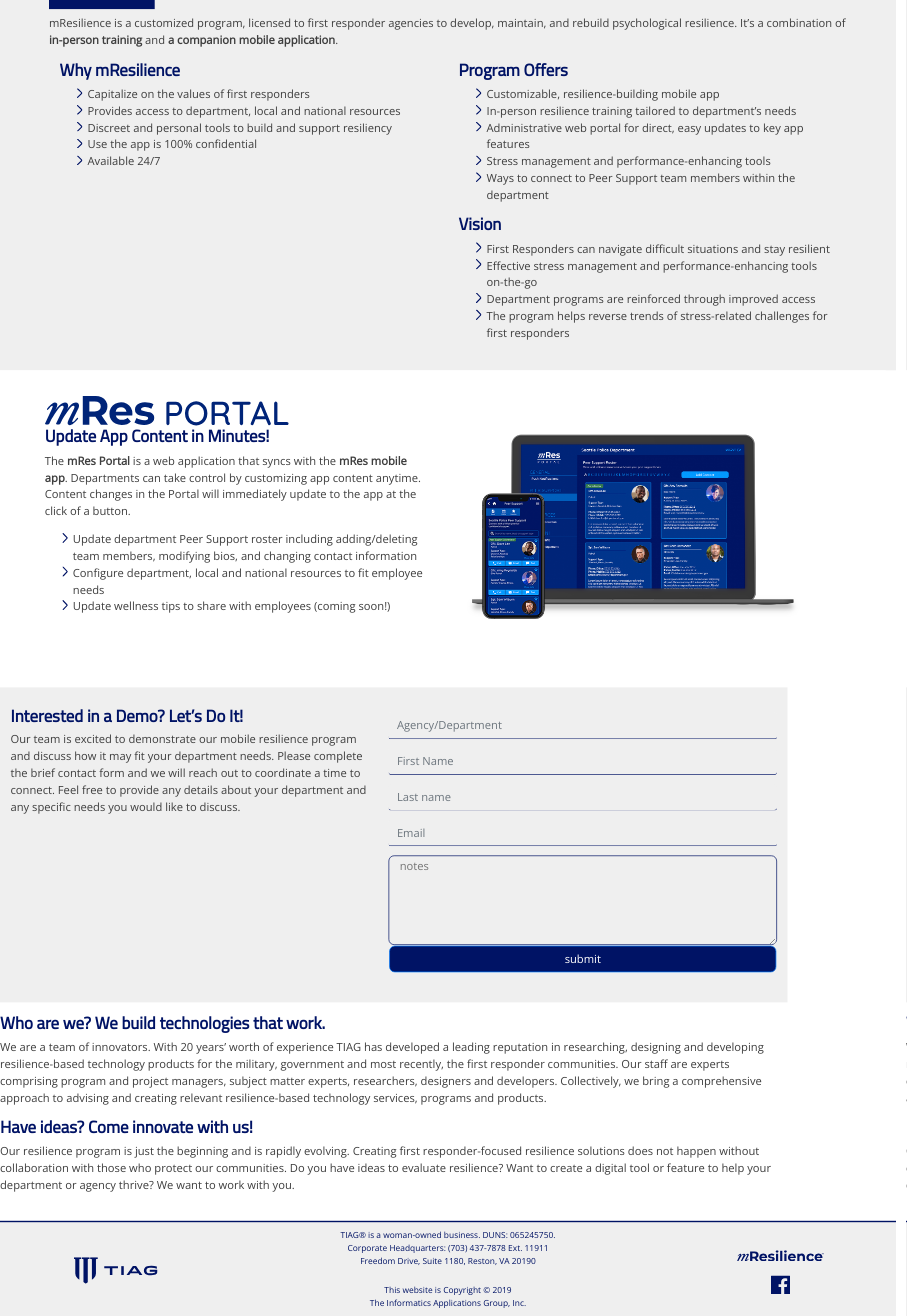
Repository: shenjune/mResilienceWebsite
Page: index.html
An editor plug-in stored every save of this project. The page is shown before and after the next save, followed by the edit.
The browser window is 1280 px wide. The page is 1295 px wide, so the pictures cover 1295 px, including what lies to the right of the window. The pictures show the part of the page from y = 1300 to 3180 px (the page is 3180 px tall before and 3165 px after), at 70% of full size.
Some web libraries are served in a nearby version.

Above is the page before, as saved 2019-11-09 13:09:06.

### index.html
<!doctype html>
<html lang="en">
<head>
	<title>TIAG mResilience</title>
	<!-- Required meta tags -->
	<meta charset="utf-8">
	<meta name="viewport" content="width=device-width, initial-scale=1, shrink-to-fit=no">

	<!-- NOTE: moved reset to before all other stylesheets -->
	<link rel="reset" href="./Assets/reset.css">

	<!-- Google Fonts -->
	<link href="https://fonts.googleapis.com/css?family=Titillium+Web&display=swap" rel="stylesheet">
	<link href="https://fonts.googleapis.com/css?family=Open+Sans&display=swap" rel="stylesheet">

	<!-- Bootstrap CSS -->
	<link rel="stylesheet" href="https://stackpath.bootstrapcdn.com/bootstrap/4.3.1/css/bootstrap.min.css" integrity="sha384-ggOyR0iXCbMQv3Xipma34MD+dH/1fQ784/j6cY/iJTQUOhcWr7x9JvoRxT2MZw1T" crossorigin="anonymous">

	<!-- Font Awesome CSS Icons (For cool glyphicons) -->
	<link rel="stylesheet" href="https://maxcdn.bootstrapcdn.com/font-awesome/4.5.0/css/font-awesome.min.css" />

	<!-- CSS Stylesheet -->
	<!-- NOTE: removed `media="screen"` attribute below since there's only one custom stylesheet -->
	<link rel="stylesheet" href="style.css"/>

</head>

<body>

<!-- 01 Nav -->
	<nav class="navbar navbar-expand-lg nav-bg-color navbar-light" id="nav">
		<a class="navbar-brand" href="#">
			<img src="Assets/Images/mResFullLogo1.svg" alt="mResilience Logo" class="img-fluid">
		</a>
		<button class="navbar-toggler" type="button" data-toggle="collapse" data-target="#navbarSupportedContent" aria-controls="navbarSupportedContent" aria-expanded="false" aria-label="Toggle navigation">
			<span class="navbar-toggler-icon"></span>
		</button>

		<!--Start of NavBar links-->
		<div class="collapse navbar-collapse titillium-font" id="navbarSupportedContent">
			<ul class="navbar-nav ml-auto">
			<!--NavBar Main Link-->
				<li class="nav-item">
					<a class="nav-link" href="#main"><h5 class= "secondFont">Main</h5><span class="sr-only">(current)</span></a>
				</li>
				<!--NavBar Why Link-->
				<li class="nav-item">
					<a class="nav-link" href="#why"><h5 class= "secondFont">The Why</h5></a>
				</li>
				<!--NavBar Features Link-->
				<li class="nav-item">
					<a class="nav-link" href="#portal-div"><h5 class= "secondFont">Features</h5></a>
				</li>
				<!--NavBar Contact Link-->
				<li class="nav-item">
					<a class="nav-link" href="#back-form"><h5 class= "secondFont">Contact</h5></a>
				</li>
				<!--NavBar About Link-->
				<li class="nav-item">
					<a class="nav-link" href="#about"><h5 class= "secondFont">About</h5></a>
				</li>
				<!--NavBar Facebook Link-->
				<li class="nav-item" id="nav-fb">
					<a href="https://www.facebook.com/mresilience/"  target= "_blank" class="nav-link"><img src="Assets/Images/Facebook.svg" alt="facebook logo"></a>
				</li>
				<!--NavBar TIAG Link to www.tiag.net-->
				<li class="nav-item" id="nav-tiag">
					<a href="http://tiag.net" target="_blank" class="nav-link"><img src="Assets/Images/TIAGlogo.svg" height="25Spx" alt="TIAG logo"></a>
				</li>
			</ul>
		</div>
	</nav>

	<!-- 02 Main -->
	<div class="row" id="main">
		<div class="col-lg-7 ml-auto col-sm-12">
			<img src="Assets/Images/01MainPhone.png" width="100%">
		</div>
		<div class="align-left col-lg-5 ml-auto ">
			<!-- Beginning header image and opening paragraph -->
			<img src="Assets/Images/mResLogo.svg" alt="mResLogo" class="mobilePadding" id="mResLogo">
			<h4 class="secondFont mobilePadding">
				Mobile App for First Responders
			</h4>
			<p class="lead mobilePadding" id="leadText">A customizable resilience-building app available 24/7 that provides direct access to peer support, department supported resources, and stress management tools.</p>
		</div>

		<div class="col-12" id="mainBottomImage">
			<!-- NOTE: style this image using id or class in the stylesheet -->
			<img src="Assets/Images/02MainFooterImage.png" id="mainBottomImage" alt="image of first responders">
		</div>
	</div>

	<!-- 03 The Why -->
	<div id="why">
		<div class="container">
			<div class="row">
				<div class="col-12">
					<!-- 03A: First Responder Challenges section-->
					<div id= "3A">
						<div class="row" id="challengesHeader">
							<h4 class="invert">First Responder Challenges</h4>
						</div>

						<!-- 03A: First Responder Challenges text -->
						<div class="row" id="challengeStatement">
							<p>First responders put resilience to the test every day. The ability to “bounce back” is critical to do the work of protecting and saving lives. But the challenges of first responder work hit at the core. <strong>Strengthening</strong> and <strongaintaining resilience</strong> are the cornerstone of any prevention program.</p>
						</div>

						<!-- 03A: Bullet Points -->
						<div class="row" id="titles">
							<!-- STRESS SECTION -->
							<div class="col-lg-6 col-sm-12" id="stressSubHeader">
								<h4 class= "secondFont">Effects of Stress & Trauma</h4>
								<!-- STRESS PTS -->
								<div class="row">
								<!-- STRESS BULLET POINTS I-->
									<div class="col-6" >
										<ul class="checkBullets">
											<li>Burnout</li>
											<li>Obesity</li>
											<li>Substance Abuse</li>
											<li>PTSD</li>
											<li>Depression</li>
										</ul>
									</div>
							<!-- STRESS BULLET POINTS PT II-->
									<div class="col-6" >
										<ul class="checkBullets">
											<li>Anxiety</li>
											<li>Domestic Abuse</li>
											<li>Suicide</li>
											<li>Poor cardiac health</li>
											<li>Agitation/Anger</li>
										</ul>
									</div>
								</div>
							</div>

							<!-- DEPARTMENT SECTION -->
							<div class="col-lg-6 col-sm-12" id="challengesSubHeader">
								<h4 class= "secondFont">Department Challenges</h4>
								<div class="row">
								<!-- DEPARTMENT PTS -->
									<div class="col-12" id="challengebullets">
										<ul class= "exPt">
											<li>Impact of stress on productivity, performance and retention</li>
											<li>Cost-effective ways to address the mental challenges of the job</li>
											<li>The stigma against seeking psychological help</li>
										</ul>
									</div>
								</div>
							</div>
						</div>
					</div>
				</div>
			</div>

			<!--03B: The Solution Section-->
			<div id="solutionSection">
				<!-- Solution Title -->
				<div class="row" id="solutionHeader">
					<h4 class="invert">The Solution</h4>
				</div>

				<!-- Solution Statement -->
				<div class="row" id="solutionStatement">
					<p>mResilience is a customized program, licensed to first responder agencies to develop, maintain, and rebuild psychological resilience. It’s a combination of <strong>in-person training</strong> and <strong>a companion mobile application</strong>.</p>
				</div>

				<!-- Solution Bullet Points -->
				<div class="row" id="titles2">
					<div class="col-lg-6 ml-auto col-sm-12" id="whymResSubHeader">
						<h4 class="secondFont">Why mResilience</h4>
						<ul class="arrow" id="whyBullets">
							<li>Capitalize on the values of first responders</li>
							<li>Provides access to department, local and national resources</li>
							<li>Discreet and personal tools to build and support resiliency</li>
							<li>Use the app is 100% confidential</li>
							<li>Available 24/7</li>
						</ul>
					</div>

				<!-- <div id="programOffers"> -->
					<div class="col-lg-6 ml-auto col-sm-12" id="programSubHeader">
						<h4 class="secondFont">Program Offers</h4>
						<ul class="arrow" id="offerBullets">
							<li>Customizable, resilience-building mobile app</li>
							<li>In-person resilience training tailored to department’s needs</li>
							<li>Administrative web portal for direct, easy updates to key app features</li>
							<li>Stress management and performance-enhancing tools</li>
							<li>Ways to connect to Peer Support team members within the department</li>
						</ul>
					</div>
				</div>

				<!-- Vision Bullet Points -->
				<!-- need to add align left to this div -->
				<div class="row">
					<div class="col-lg-6 ml-auto col-sm-12" id="visionSubheader">
						<h4 class="secondFont">Vision</h4>
						<ul class="arrow">
							<li>First Responders can navigate difficult situations and stay resilient</li>
							<li>Effective stress management and performance-enhancing tools on-the-go</li>
							<li>Department programs are reinforced through improved access</li>
							<li>The program helps reverse trends of stress-related challenges for first responders</li>
						</ul>
					</div>
				</div>
			</div>
		</div>
	</div>

	<!-- 04 PORTAL DIV -->
	<div id= "portal-div" class="row">
		<!-- div for the portal text -->
		<div class="col-lg-6 ml-auto col-sm-12">
			<img id="portallogo" src="Assets/Images/portallogo2.svg" alt="mResLogo">
			<h4 class= "secondFont">Update App Content in Minutes!</h4>
			<p>The <strong>mRes Portal</strong> is a web application that syncs with the <strong>mRes mobile app</strong>. Departments can take control by customizing app content anytime. Content changes in the Portal will immediately update to the app at the click of a button.</p>

			<ul class="arrow">
				<li>Update department Peer Support roster including adding/deleting team members, modifying bios, and changing contact information</li>
				<li>Configure department, local and national resources to fit employee needs</li>
				<li>Update wellness tips to share with employees (coming soon!)</li>
			</ul>
		</div>

	<!-- div for the Feature images -->
		<div class="col-lg-6 col-sm-12">
			<img id='portalImg' src="Assets/Images/portal.png" alt="portalImg">
		</div>
	</div>

	<!---- 05 Contact Form ---->
	<div id="back-form" class="container mobilePadding2 row">
		<div class="col-lg-6 col-sm-12">
			<h4 class="secondFont">Interested in a Demo? Let’s Do It!</h4>
			<p>Our team is excited to demonstrate our mobile resilience program and discuss how it may fit your department needs. Please complete the brief contact form and we will reach out to coordinate a time to connect. Feel free to provide any details about your department and any specific needs you would like to discuss.</p>
		</div>

		<form class= "col-lg-6 col-sm-12" id="back-form2">
		<!-- INPUT SECTION -->
			<div class="form-group" >
				<!-- Department input -->
				<div class="row input-row">
					<input type="text" class="form-control input-border" id="user-dept" placeholder="Agency/Department">
				</div>

				<!-- First name input -->
				<div class="row input-row">
					<input type="text" class="form-control input-border" id="user-name" placeholder="First Name">
				</div>

				<!-- Last name input -->
				<div class="row input-row">
					<input type="text" class="form-control input-border" id="user-last-name" placeholder="Last name">
				</div>

				<!-- Email input -->
				<div class="row input-row">
					<input type="email" class="form-control input-border" id="user-email" placeholder="Email">
				</div>

				<!-- Notes input -->
				<div class="row">
					<label for="message"></label>
					<textarea class="col-lg-12" id="message" name="message" required="required" placeholder="notes"></textarea>
				</div>

			<!-- Submit button -->
				<div class="row">
					<button type="submit" class="btn btn-primary" id="send">submit</button>
				</div>
			</div>
		</form>
	</div>

	<!--06 About TIAG goes here-->
	<div id="about" class="container mobilePadding2 row">
		<div id = "whoWeAre" style="margin-top:15px">
			<h4 class="secondFont">
				<strong>Who are we?</strong>  We build technologies that work.
			</h4>
		</div>
		<div id ="whoWeAreP">
			<p>We are a team of innovators. With 20 years’ worth of experience TIAG has developed a leading reputation in researching, designing and developing resilience-based technology products for the military, government and most recently, the first responder communities. Our staff are experts comprising program and project managers, subject matter experts, researchers, designers and developers. Collectively, we bring a comprehensive approach to advising and creating relevant resilience-based technology services, programs and products.</p>
		</div>

		<div id="haveIdeas">
			<h4 class="secondFont">
				<strong>Have ideas?</strong> Come innovate with us!
			</h4>
		</div>

		<div id="haveIdeasP">
			<p>Our resilience program is just the beginning and is rapidly evolving. Creating first responder-focused resilience solutions does not happen without collaboration with those who protect our communities. Do you have ideas to evaluate resilience? Want to create a digital tool or feature to help your department or agency thrive? We want to work with you.</p>
		</div>
		<br>
	</div>

	<!-- FOOTER FOR THE WEBSITE -->
	<footer class="footer">
		<div id= "" class="container">
			<div id= "footer-row" class="row">
			<!-- footer conditions in Javascript will reference this div -->
			</div>
		</div>
	</footer>

	<!-- Optional JavaScript -->
	<!-- jQuery first, then Popper.js, then Bootstrap JS -->
	<script src="https://code.jquery.com/jquery-3.1.1.min.js"></script>
	<script src="https://cdnjs.cloudflare.com/ajax/libs/twitter-bootstrap/4.0.0/js/bootstrap.bundle.min.js"></script>

	<!-- commented out to make nytimes api work -->
	<!-- <script src="https://code.jquery.com/jquery-3.3.1.slim.min.js" integrity="sha384-q8i/X+965DzO0rT7abK41JStQIAqVgRVzpbzo5smXKp4YfRvH+8abtTE1Pi6jizo" crossorigin="anonymous"></script> -->
	<script src="https://cdnjs.cloudflare.com/ajax/libs/popper.js/1.14.7/umd/popper.min.js" integrity="sha384-UO2eT0CpHqdSJQ6hJty5KVphtPhzWj9WO1clHTMGa3JDZwrnQq4sF86dIHNDz0W1" crossorigin="anonymous"></script>
	<script src="https://stackpath.bootstrapcdn.com/bootstrap/4.3.1/js/bootstrap.min.js" integrity="sha384-JjSmVgyd0p3pXB1rRibZUAYoIIy6OrQ6VrjIEaFf/nJGzIxFDsf4x0xIM+B07jRM" crossorigin="anonymous"></script>

	<!-- script link to send email from contact form to tiag -->
	<script src="https://smtpjs.com/v3/smtp.js"></script>
	<script src="script.js"></script>

</body>
</html>

### style.css
/* BODY */

body {
    /*  APPLIES OPEN SANS WITH GREY COLOR TO WHOLE PAGE */
    /*  Desired effect is making all text the grey and sans */
    font-family: 'Open Sans', sans-serif;
    color: #3e3e3e;
    width: 100%;
    font-weight: normal;
}

/*  CLASS FOR TITILLIUM FONT WITH BLUE COLOR */

.secondFont {
    font-family: 'Titillium Web', sans-serif;
    color: #001365;
    font-weight: bold;
}

/*  CLASS FOR INVERTED HEADER */

.invert {
    margin-top: 15px;
    font-family: 'Titillium Web', sans-serif;
    color: #eeeeee;
    background-color: #001365;
    padding: 10px;
    padding-left: 15px;
}

/* 01 Nav */

/*scroll-behavior animation for Chrome and FoxFire*/
html {
    scroll-behavior: smooth;
}

#nav{
    position: fixed;
    z-index: 1;
}

nav {
    background-color: #efefef;
    border-bottom: 2px solid #001365;
    top: 0;
    width: 100%;
}

.nav-link {
    margin-right: 15px;
    padding: 5px;
    margin-top: 0px;
    align-items: center;
    justify-content: center;
    }

.nav-link h5:hover {
    font-family: 'Titillium Web', sans-serif;
    color: #eeeeee;
    background-color: #001365;
    }


/* 02 Main Section */

div#main.row{
    margin-top: 8%;
}

#main h4 {
    margin-top: 30px;
}

#mResLogo {
    margin-top: 5%;
}

#mainBottomImage {
    width: 100%;
    height: auto;
    margin: 0 auto;
    position: relative;
    top: 0;
    bottom:0;
    z-index: -1;
}
/* White mResilience Logo that overlays on the people picture under the mobile app image in 02. Main section*/
/*div img#whiteLogo {
    margin: 10% 35%;
    position: absolute;
} */

/* 03 The Why Section */

#why {
    background:#efefef;
    padding-bottom: 2%;
}

.checkBullets {
    list-style-image: url('Assets/Images/02checkmark.svg');
}

.exPt {
    list-style-image: url('Assets/Images/02exclamation.svg');
}

.arrow {
    list-style-image: url('Assets/Images/02arrow.svg')
}

/* 04 Portal Section*/

#portal-div {
    color:#3e3e3e;
    background:white;
    width:100%;
    padding-top: 2%;
    padding-left: 5%;
    padding-right: 5%;
    padding-bottom:5%;
}

#portallogo {
    height: 12%;
    margin-top: 2%;

}

#portalImg {
    width:100%;
    height:auto;
    padding-top: 8%;
    padding-right:3%;
}

/* 05 contact form */

#back-form {
    background:#efefef;
    padding-top: 2%;
    padding-bottom: 2%;
}
div.container div.row h4.secondFont{
    padding-top: 0%;
}

div.container div.row form#back-form.col-lg-6.col-sm-12{
    padding-top:2%;
    padding-left: 0%;
}
/* 05 Contact form border & background color by ID */

.input-row {
    margin-top:10px;
    margin-bottom:10px;
}

#user-dept {
    background:#efefef;
}

#user-name {
    background:#efefef;
}

#user-last-name {
    background:#efefef;
}

#user-email {
    background:#efefef;
}

#message{
    border-radius: 8px;
    height: 8em;
    border: 1.5px solid #001365;
    background:#efefef;
}

.input-border {
    border-style: none;
    border-bottom: 1.5px solid #001365;
    margin-bottom: .20em;
}

#send{
    width: 100%;
    margin: 1px;
    background-color: #001365;
    border-radius:8px;
}

#send:hover{
    background-color: #EFEFEF;
    color:#001365;
}

/*Footer*/
.footer {
    border-top: 2px solid #001365;
    padding: 10px;
    bottom: 0;
    width: 100%;
    background: #efefef;
    text-align: center;
    color: #001365;
    float: left;

}

.pFooter {
    font-size: 12px;
    margin: 0px;
    line-height: 1.5em;
}

.footerImage {
    padding: 10px;
    margin-left: auto;
    margin-right: auto;
}

h3 {
    color: #001365;
}

/* when the screen is mobile the padding for the 02 Main section and 06 About sections are given more space for readability */
@media only screen and (max-width:600px){
    .mobilePadding {
        padding-left:13%;
        padding-right: 5%;
    }

    .mobilePadding2 {
        padding-left: 8%;
        padding-right: 5%;
    }

    #portallogo {
        height: 10%;
        padding-bottom: 3%;
    }
};

/* when the screen is for a desktop the padding for the 02 Main is change for nicer visual spacing */
@media only screen and (min-width: 768px) {
    #leadText {
        padding-right: 15%;
    }

    #portallogo {
        height: 12%;
        padding-bottom: 3%;
    }
};

Loaded but not shown: script.js (135 lines, source omitted)

After the next save:
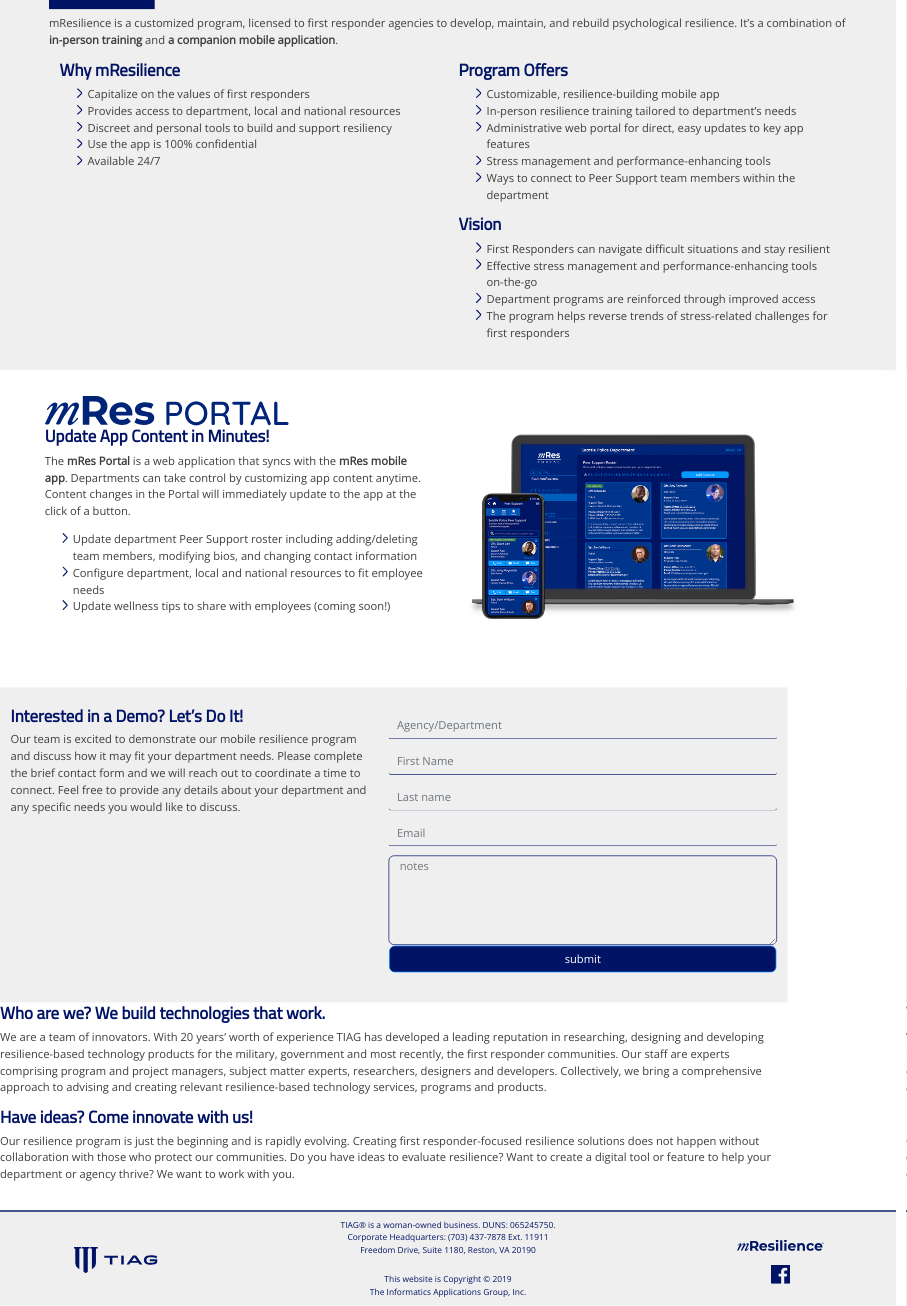
Saved 7 s later.
--- a/index.html
+++ b/index.html
@@ -278,7 +278,7 @@
 
 	<!--06 About TIAG goes here-->
 	<div id="about" class="container mobilePadding2 row">
-		<div id = "whoWeAre" style="margin-top:15px">
+		<div id = "whoWeAre">
 			<h4 class="secondFont">
 				<strong>Who are we?</strong>  We build technologies that work.
 			</h4>
